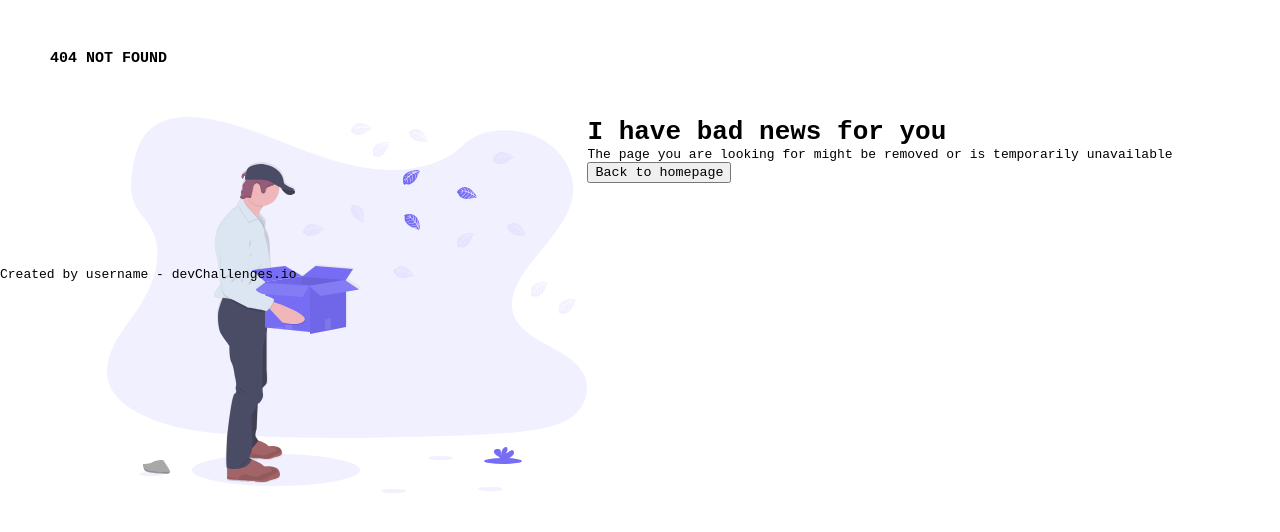
Repository: georgisenze/404-not-found-challeng
Page: index.html
The author's editor kept a copy of each file at every save. The page is drawn from the files as they stood at one save, then again after the next save.
The browser window is 1280 px wide. The pictures show the whole page.

Above is the page before, as saved 2023-02-21 06:36:04.

After the next save:
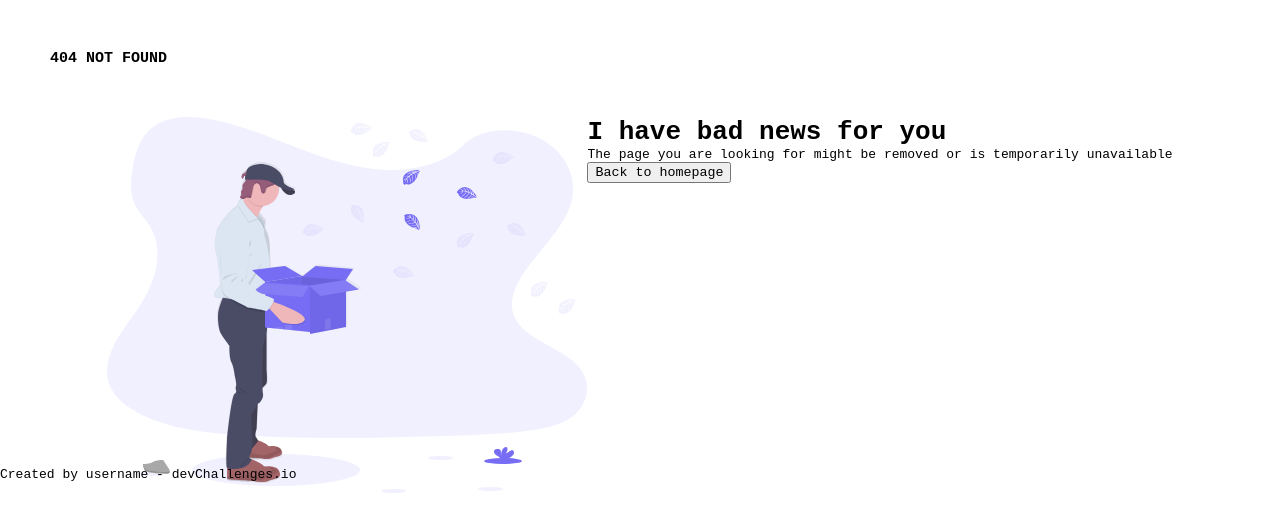
Saved 21 s later.
--- a/assets/css/style.css
+++ b/assets/css/style.css
@@ -23,5 +23,5 @@ header p {
 .row{
     display: flex;
     justify-content: space-around;
-    height: 150px;
+    height: 350px;
 }
